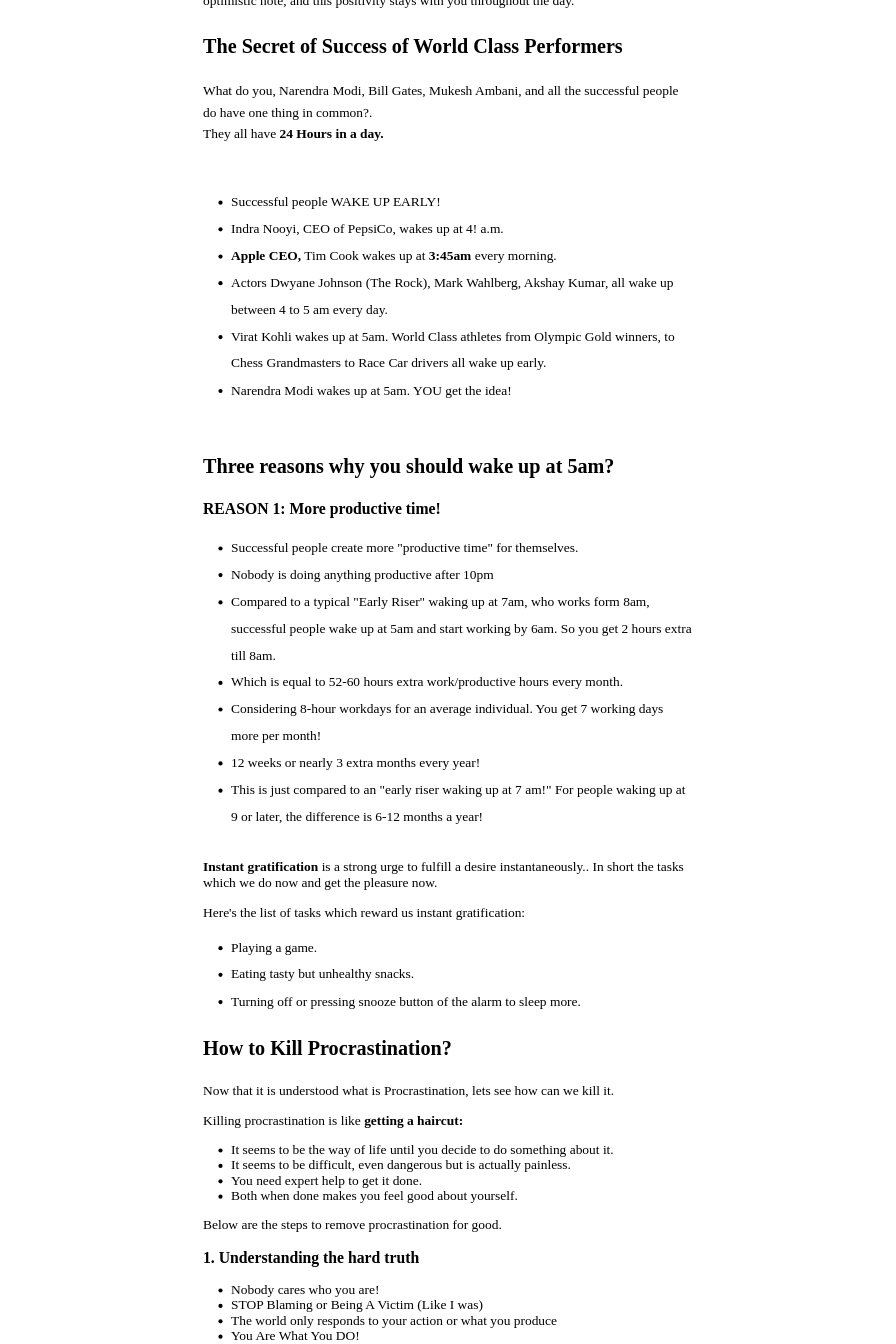
Repository: PuneetP16/Portfolio
Page: Wake Up At 5 AM Every Single Day Like Clockwork.html
The author's editor kept a copy of each file at every save. The page is drawn from the files as they stood at one save, then again after the next save.
The browser window is 1280 px wide. The pictures show the part of the page from y = 871 to 2791 px (the page is 4934 px tall before and 4903 px after), at 70% of full size.
A picture or video elsewhere on the page could not be fetched, so the positions and the page height are approximate. Some web fonts or font styles are not loaded; a fallback is used.

Above is the page before, as saved 2021-12-10 03:05:17.

### Wake Up At 5 AM Every Single Day Like Clockwork.html
<!DOCTYPE html>
<html lang="en">

<head>
  <meta charset="UTF-8" />
  <meta name="viewport" content="width=device-width, initial-scale=1.0" />
  <title>Wake Up At 5 AM Every Single Day Like Clockwork: Practical Approach</title>
  <link rel="stylesheet" href="style.css" />
</head>

<body>
  <div class="blog-container blog-container-center" style="margin-top: 5rem">
    <h1 class="main-head">Wake Up At 5 AM Every Single Day Like Clockwork: Practical Approach</h1>
    <strong> December 5, 2021</strong>
    <header class="blog-head">
      <img class="blog-img"
        src="Images/sage-friedman-HS5CLnQbCOc-unsplash.jpg"
        alt="Code" />
    </header>

    <hr />

    <p class="blog-paragraph">
      Waking up early is equal to <strong>reduced stress levels</strong> and <strong>peace</strong> is its effect. When you rise early, it removes the need to rush in the morning. It is then that your day starts on an optimistic note, and this positivity stays with you throughout the day.
    </p>

    <h2 class="blog-h2">The Secret of Success of World Class Performers</h2>
    <p class="blog-paragraph">
      What do you, Narendra Modi, Bill Gates, Mukesh Ambani, and all the successful people do have one thing in common?.
     <br> They all have <strong>24 Hours in a day.</strong><br> <br>
      <ul style="line-height: 2">
        <li>Successful people WAKE UP EARLY!</li>
        <li>Indra Nooyi, CEO of PepsiCo, wakes up at 4! a.m.</li>
        <li> <strong>Apple CEO,</strong> Tim Cook wakes up at <strong>3:45am</strong> every morning. </li>
         <li>Actors Dwyane Johnson (The Rock), Mark Wahlberg, Akshay Kumar, all wake up between 4 to 5 am every day.</li>
         <li>Virat Kohli wakes up at 5am. World Class athletes from Olympic Gold winners, to Chess Grandmasters to Race Car drivers all wake up early.</li>
         <li>Narendra Modi wakes up at 5am. YOU get the idea!</li>
      </ul>
      <br> </p>

      <h2 class="blog-h2">Three reasons why you should wake up at 5am?</h2>
      <p class="blog-paragraph">
        <h3>REASON 1: More productive time! </h3>
        <ul style="line-height: 2">
          <li>Successful people create more "productive time" for themselves.</li>
          <li>Nobody is doing anything productive after 10pm</li>
          <li>Compared to a typical "Early Riser" waking up at 7am, who works form 8am, successful people wake up at 5am and start working by 6am. So you get 2 hours extra till 8am. </li>
           <li>Which is equal to 52-60 hours extra work/productive hours every month.</li>
           <li>Considering 8-hour workdays for an average individual. You get 7 working days more per month!</li>
           <li>12 weeks or nearly 3 extra months every year! </li>
           <li>This is just compared to an "early riser waking up at 7 am!" For people waking up at 9 or later, the difference is 6-12 months a year!</li>
        </ul>
        <br>

      <strong>Instant gratification</strong> is a strong urge to fulfill a desire instantaneously.. In short the tasks which we do now and get the pleasure now. <br><br>
        Here's the list of tasks which reward us instant gratification:
      <ul style="line-height: 2">
        <li>Playing a game.</li>
        <li>Eating tasty but unhealthy snacks.</li>
        <li>Turning off or pressing snooze button of the alarm to sleep more.</li>
      </ul>
      <h2 class="blog-h2">How to Kill Procrastination?</h2>
      Now that it is understood what is Procrastination, lets see how can we kill it.<br><br>
      Killing procrastination is like <strong> getting a haircut:</strong> <br>
      <ul>
        <li>It seems to be the way of life until you decide to do something about it.</li>
        <li>It seems to be difficult, even dangerous but is actually painless.</li>
        <li>You need expert help to get it done.</li>
        <li>Both when done makes you feel good about yourself.</li>
      </ul>
      Below are the steps to remove procrastination for good.
      <h3>1. Understanding the hard truth </h3>
      <ul>
        <li>Nobody cares who you are!</li>
        <li>STOP Blaming or Being A Victim (Like I was) </li>
        <li>The world only responds to your action or what you produce</li>
        <li>You Are What You DO!</li>
      </ul>

      <h3>2. Realize Your Value</h3>
      <ul>
        <li>The ODDS of being A Human being are 400 Trillion to 1. </li>
        <li>There are 7 Billion Human Beings - You are already at the top because of all you have!</li>
        <li>You are a fantastic, precious creation of nature</li>
        <li>YOUR Life is Legendary?</li>
        <li>YOU deserve to Live Your Dream Life - Don't waste a second!</li>
        <li>Think what do Mukesh Ambani, Bill Gates, and You have in common?</li>
      </ul>

      <h3>3. Find Your WHY </h3>
      <ul>
        <li>Find the reason You want to LIVE YOUR DREAM LIFE.</li>
        <li>To give your loved ones the time, the gifts, the environment, the pampering they deserve?</li>
        <li>To give back to this fantastic world in any form?</li>
        <li>To be remembered as a Legend in your field? </li>
        <li>WHAT IS YOUR LIFE'S MISSION?</li>
        <li>You should write: "I want to Live My Dream Life Because…….."</li>
      </ul>

      <h3>4. Remove the 2 Hurdles</h3>
      <ol>
        <li>Instant Gratification Activities (Dopamine Detox)</li>
        <li>Your 1 Toxic Habit (Use I.E.R)</li>
      </ol>

      <h4>1st Hurdle: Instant Gratification Activities (Dopamine Detox)</h4>
      <ul>
        <li>Block ALL Notifications in your phone.</li>
        <li>Go to Settings -> Notifications</li>
        <li>Turn notifications off for ALL Apps</li>
        <li>This includes YouTube, Facebook, Instagram,  Amazon, Flipkart, Myntra, & ALL News apps etc.</li>
        <li>Such a Simple Step can itself show immediate benefits.</li>
        <li>Digital Detox - For the next 24 Hours - No Videos of any Kind, No Social Media, No Video Games, no songs.</li>
        <li>You can only read, write, talk, walk, eat simple food.</li>
      </ul>

      <h4>2nd Hurdle: Your 1 Toxic Habit (Use I.E.R)</h4>
      <ul>
        <li>I for identify: What is the one unproductive habit that takes up all your spare time?</li>
        <li>E for Eliminate: Remove it from the root. Never do it again.</li>
        <li>R for Replace: With 1 productive habit which contributes to your long-term growth. Make it easily accessible. Productive habits can be anything reading, writing, training or being with family.</li>
        <li>1 toxic habit wastes 80-90% of your time. Implementing this TODAY will dramatically transform you day.</li>
      </ul>

      <h3>5. Take Action NOW.</h3>
      <ol>
        <li>STEP 1: Write Down " I need to Live My Dream Life because..."</li>
        <li>STEP 2: Block ALL app notifications & go on a Digital Detox for 24 hours.</li>
        <li>STEP 3: Identify, Eliminate and Replace your one TOXIC HABIT. </li>
      </ol>
      I recommend to use the following worksheet to remove procrastination for good. <br>
      <a href="https://paruluniversityacin-my.sharepoint.com/:w:/g/personal/180305221005_paruluniversity_ac_in/Ebi1ldGi0OpBhula2y21DAMBttAGShh9H3HnfXRHy4TEcg?e=gIK8Ci">Digital worksheet for killing procrastination and finding your WHY.</a>
    <h2 class="blog-h2">Final Words</h2>
      <h3 class="quotes">If You Procrastinate on Killing Procrastination, Procrastination will kill you!</h3>
      <h3 class="quotes">Nothing can stop the man who will bet even his own existence on his stated purpose.</h3>

    <hr />

    <footer class="blog-footer">
      <div><strong>Social media handle's</strong></div>
      <ul class="social-links list-non-bullet">
        <li class="list-item-inline">
          <a class="link" href="https://twitter.com/PatelPuneet16" target="_blank">Twitter</a>
        </li>
        <li class="list-item-inline">
          <a class="link" href="https://github.com/PuneetP16" target="_blank">Github</a>
        </li>
        <li class="list-item-inline">
          <a class="link" href="https://www.linkedin.com/in/puneet-patel-96b607a0/" target="_blank">LinkedIn</a>
        </li>
      </ul>
    </footer>
  </div>
</body>

</html>

### style.css
@import url('https://fonts.googleapis.com/css2?family=Fuzzy+Bubbles&family=Merriweather&family=Montserrat:ital,wght@0,400;1,500&family=Sacramento&display=swap');

:root {
  --primary-color: #F87171;
  --off-white: #f3f4f6;
  --dark-gray: #6b7280;
}

body {
  font-family: 'Fuzzy Bubbles', cursive;
  max-width: 85%;
  margin: 0px auto;
  font-size: 1.2rem;
}

.container {
  padding-left: 1rem;
  padding-right: 1rem;
}

.container-center {
  max-width: 900px;
  width: 100%;
  margin: auto;
}

.container-center h1 {
  font-family: 'Sacramento', cursive;
  font-size: 2.4rem;
}

hr {
  margin: 2rem 0;
}

/** links **/
.link {
  text-decoration: none;
  border-radius: 0.5rem;
  padding: 0.8rem 0.8rem;
  margin-top: 0.5rem;
  margin-bottom: 0.5rem;
  display: inline-block;
}

.link-primary {
  background-color: var(--primary-color);
  color: white;
}

.link-secondary {
  border: 1px solid var(--primary-color);
  color: var(--primary-color);
}

.link-without-decoration {
  display: block;
  text-decoration: none;
  color: white;
  font-size: 2rem;
  margin: auto;
  text-align: center;
  padding-right: 550px;
}

/** Lists **/
.list-non-bullet {
  list-style: none;
  padding-inline-start: 0px;
  margin-block-end: 0px;
}

.list-item-inline {
  display: inline;
  padding: 0rem 0.5rem;
}

.list-item-container {
  padding: 1rem;
  text-align: center;
  border-radius: 1rem;
  margin-top: 1rem;
  margin-bottom: 3rem;
}

/** Navigation **/
.navigation {
  background-color: var(--primary-color);
  color: white;
  padding: 1rem;
  margin-bottom: 2rem;
  border-bottom-left-radius: 2rem;
  border-bottom-right-radius: 2rem;
}

.navigation .nav-head {
  font-weight: bold;
  font-size: 1.2rem;
}

.navigation .nav-pills {
  text-align: right;
  margin-top: 0px;
}

.navigation .link {
  color: white;
  font-size: 1.4rem;
}

.navigation .link-active {
  font-weight: bold;
}

/** Header **/
.hero {
  padding: 2rem;
}

.hero .hero-img {
  max-width: 450px;
  display: block;
  margin: auto;
}

.hero .hero-heading {
  color: var(--dark-gray);
  text-align: center;
}

.hero .hero-heading span {
  color: var(--primary-color);
}
/** Sections **/

.section {
  margin-top: 2rem;
  padding: 2rem;
  border-radius: 1rem;
  text-align: center;
}

.section p {
  font-size: 1.2rem;
}

.ow {
  background-color: var(--off-white);
}

/** Footer **/
.footer {
  background-color: var(--primary-color);
  color: white;
  margin-top: 2rem;
  padding: 2rem;
  padding-top: 20px;
  padding-bottom: 16px;
  border-top-right-radius: 1rem;
  text-align: center;
  border-top-left-radius: 3rem;
  border-top-right-radius: 3rem;
}

.footer .footer-header {
  font-weight: bold;
  font-size: large;
}

.footer .link {
  color: white;
}

.footer .social-links {
  padding-inline-start: 0px;
  margin-top: 8 px;
}

/** Blog Styling **/

.blog-container {
  padding-left: 1rem;
  padding-right: 1rem;
}

.blog-container-center {
  max-width: 700px;
  width: 100%;
  margin: auto;
}

div .blog-paragraph {
  margin-top: 2rem;
  margin-bottom: 2rem;
  line-height: 1.6;
}

div .blog-h2 {
  margin-top: 2rem;
  margin-bottom: 2rem;
}

div .blog-img {
  width: 100%;
  display: block;
}

div .blog-head {
  padding: 1rem;
}

/** blog footer **/

.blog-footer {
  color: Black;
  margin-top: 2rem;
  padding: 2rem;
  border-top-right-radius: 1rem;
  text-align: center;
}

.blog-footer .link {
  color: blue;
}

.main-head {
  font-weight: normal;
  margin-bottom: 0.5rem;
}

.quotes {
  text-align: center;
  font-size: 1.6rem;
  color:darkcyan;
}

.contact-me {
  background-color:#FEE2E2;
  padding: 0.05rem 0.5rem 2rem 0.5rem;
  border-radius: 1rem;
  font-size: 1.13rem;
}


.contact-me .btn{
  /* text-align: center;
  width: auto; */
  border-radius: 15px;
  font-size: 20px;
  font-weight: 600;
  background-color: var(--primary-color);
  color: white;
  padding: 10px 30px;
  border: 2px solid #000000;
  margin: auto;
  margin-top: 1rem;
  cursor: pointer;
  max-width: 85%;
}

.contact-me .btn:hover{
  background-color: #5FA8D3;
  color: #1B4965;
}

After the next save:
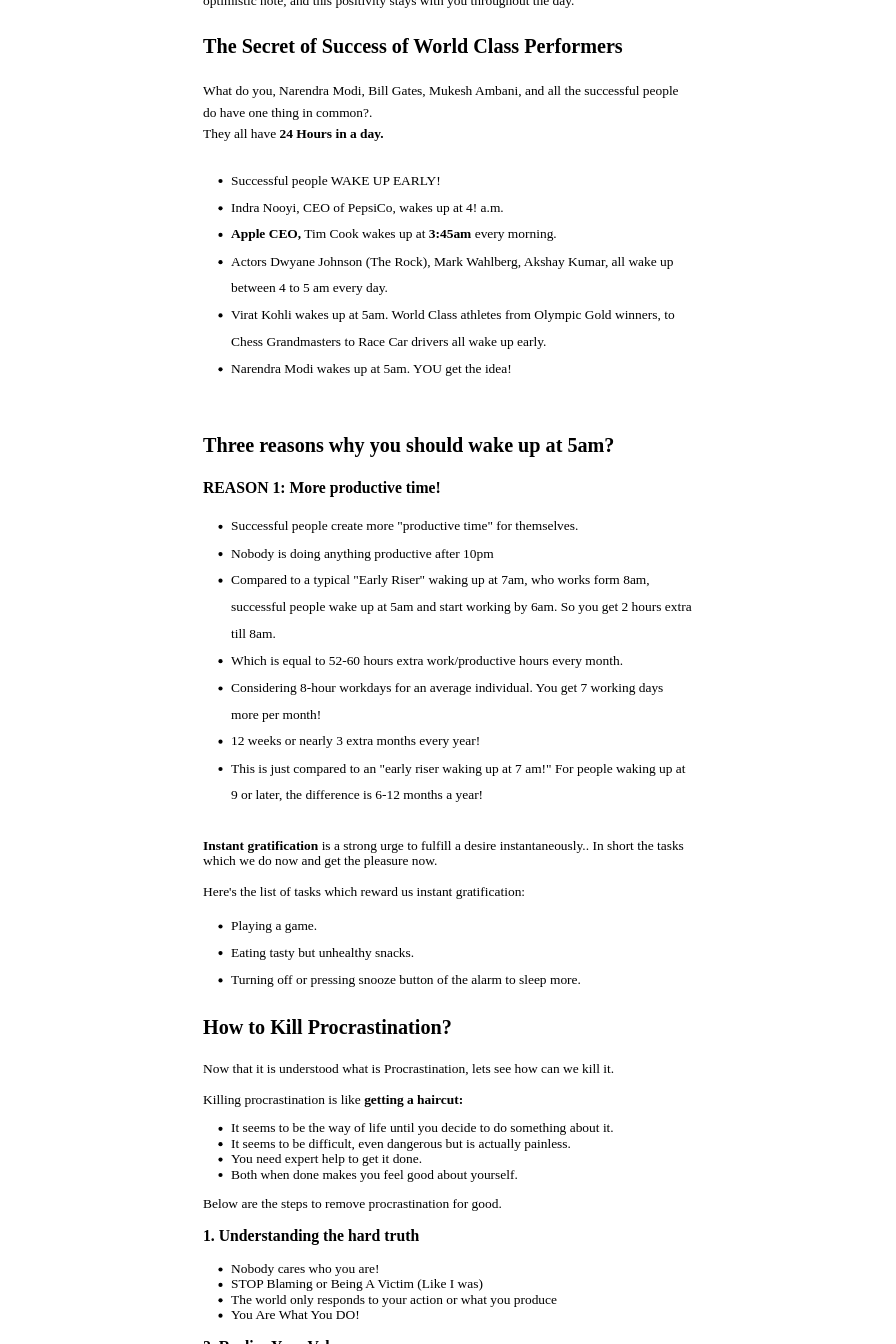
Saved 35 s later.
--- a/Wake Up At 5 AM Every Single Day Like Clockwork.html
+++ b/Wake Up At 5 AM Every Single Day Like Clockwork.html
@@ -27,7 +27,7 @@
     <h2 class="blog-h2">The Secret of Success of World Class Performers</h2>
     <p class="blog-paragraph">
       What do you, Narendra Modi, Bill Gates, Mukesh Ambani, and all the successful people do have one thing in common?.
-     <br> They all have <strong>24 Hours in a day.</strong><br> <br>
+     <br> They all have <strong>24 Hours in a day.</strong><br>
       <ul style="line-height: 2">
         <li>Successful people WAKE UP EARLY!</li>
         <li>Indra Nooyi, CEO of PepsiCo, wakes up at 4! a.m.</li>
